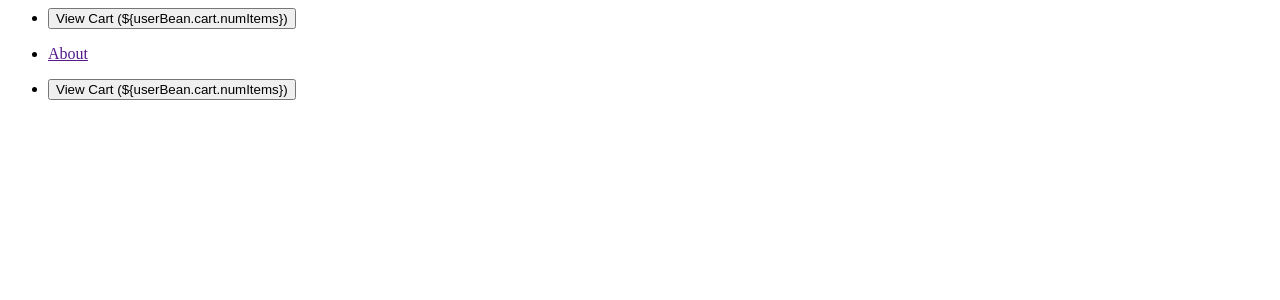
Repository: iancwwong/DigitalBibliographicalLibrary
Page: DigitalBibliographicLibrary/WebContent/include/navbar.html
The author's editor kept a copy of each file at every save. The page is drawn from the files as they stood at one save, then again after the next save.
The browser window is 1280 px wide. The pictures show the whole page.

Above is the page before, as saved 2016-08-28 01:23:27.

After the next save:
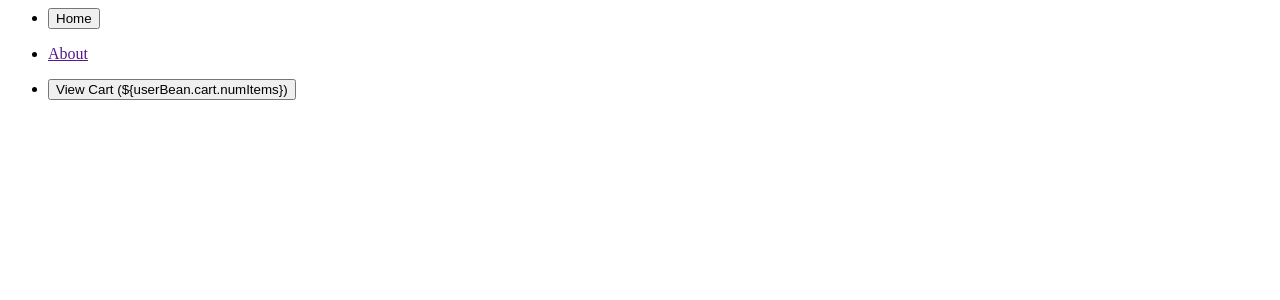
Saved 7 s later.
--- a/DigitalBibliographicLibrary/WebContent/include/navbar.html
+++ b/DigitalBibliographicLibrary/WebContent/include/navbar.html
@@ -10,8 +10,7 @@
 				<form action='control' method='POST'>
 					<input type='hidden' name="action" value="viewIndexPage"/>
 					<button type="submit" class="btn btn-link">
-						<span class="glyphicon glyphicon-shopping-cart"></span>
-						View Cart (${userBean.cart.numItems})
+						Home
 					</button>
 				</form>
             </li>
